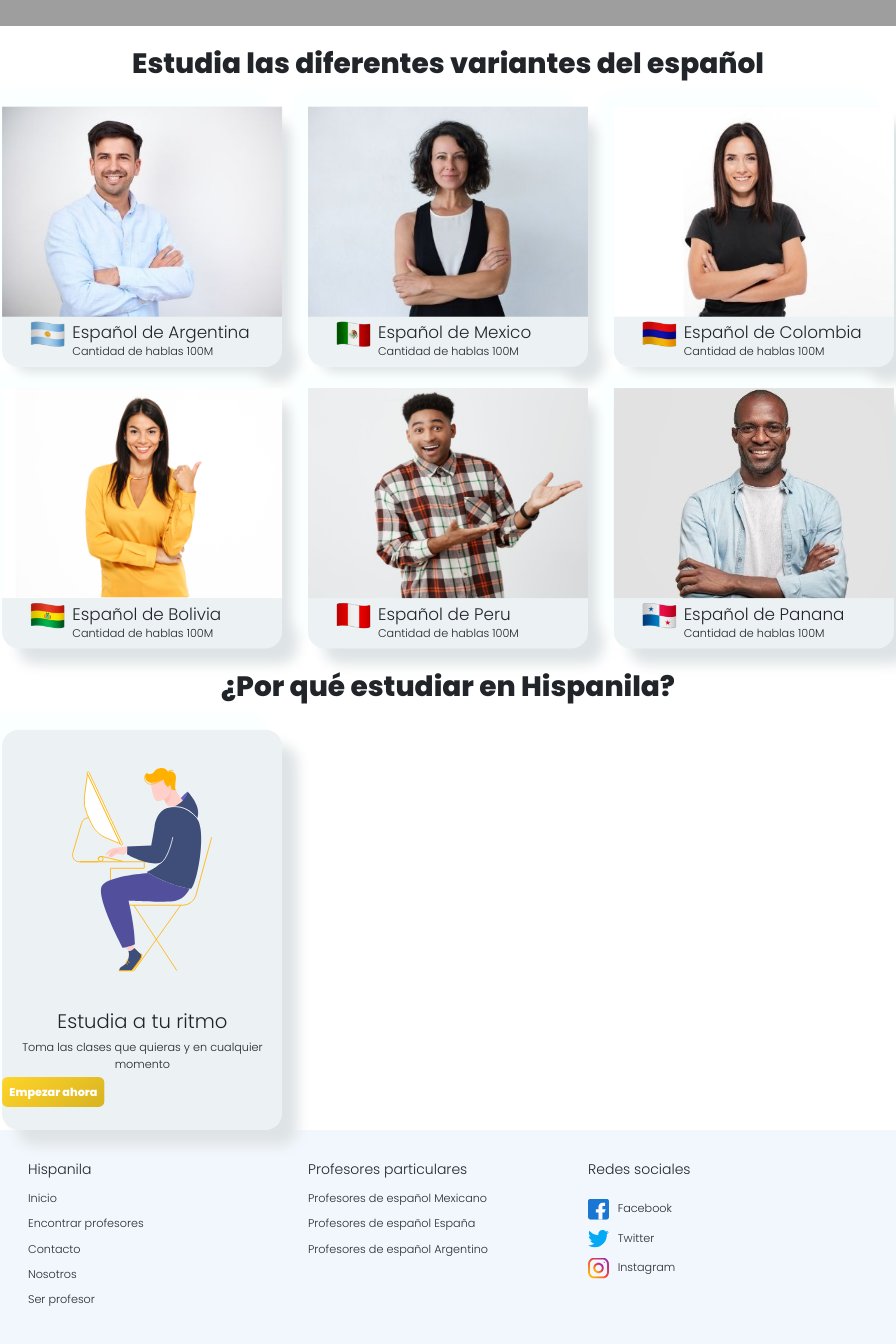
Repository: AgustinGarciaDev/Hispanila
Page: index.html
An editor plug-in stored every save of this project. The page is shown before and after the next save, followed by the edit.
The browser window is 1280 px wide. The pictures show the part of the page from y = 629 to 2549 px (the page is 2549 px tall), at 70% of full size.
Pictures or frames that could not be fetched are drawn as grey boxes. Some web libraries are served in a nearby version. The style sheet was rebuilt from its Sass, Less or Tailwind sources for each picture, by a compiler version that may differ from the author's.

Above is the page before, as saved 2021-01-28 22:41:05.

After the next save:
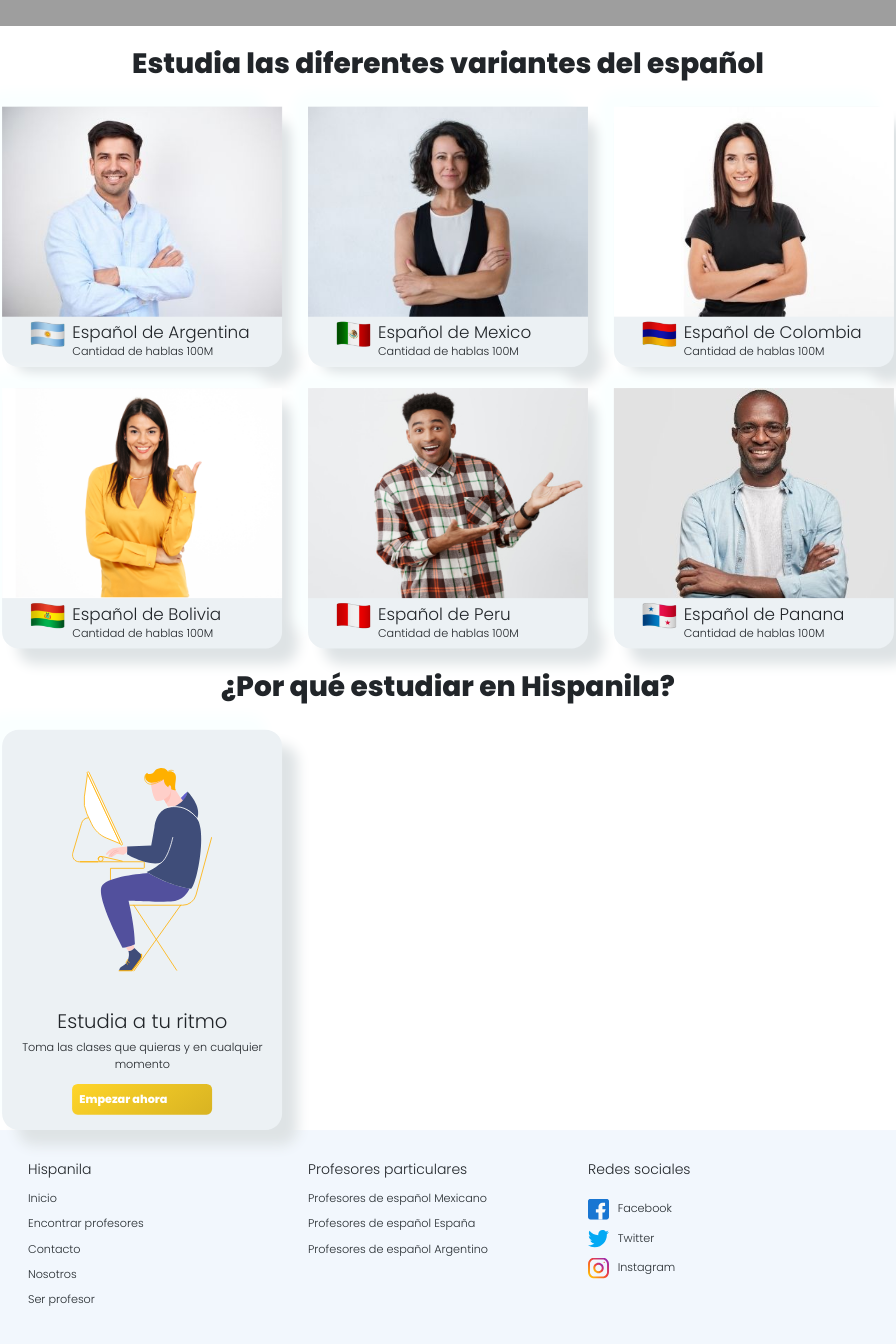
Saved 17 s later.
--- a/stylemod.css
+++ b/stylemod.css
@@ -152,7 +152,9 @@
     font-size: 'Poppins', sans-serif;
     font-weight: 800;
     border-radius: 8px;
-    background: linear-gradient(145deg, #ffd529, #d8b322)
+    background: linear-gradient(145deg, #ffd529, #d8b322);
+    display: flex;
+    margin: auto;
 }
 
 
